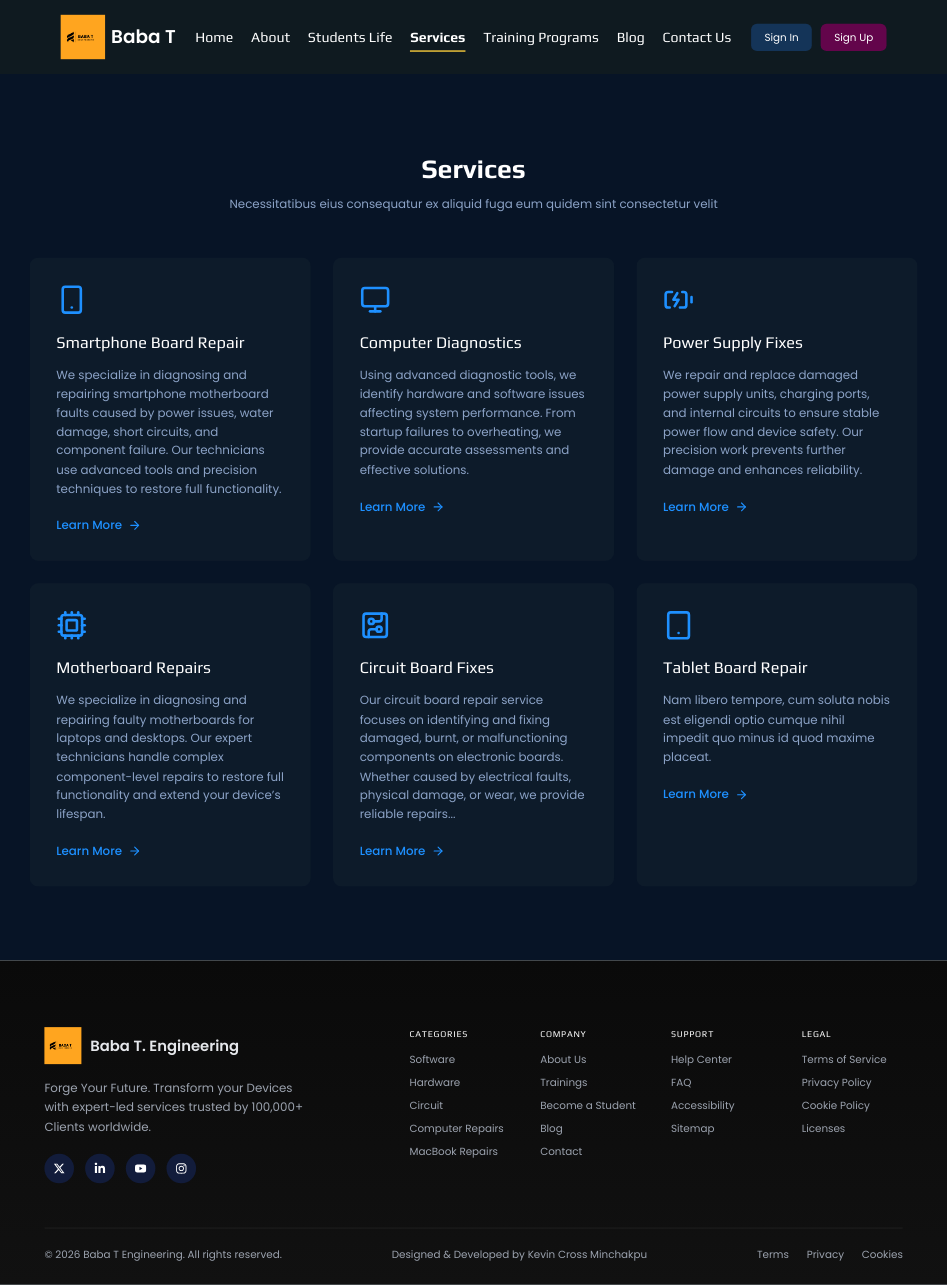
Repository: KC-Minchakpu/babatunde
Page: /services
These files come from the project's save history. The page is drawn as it stood at one moment and after the next save; the edit follows.
The browser window is 1280 px wide. The pictures show the whole page, at 74% of full size.
The project was rebuilt for these pictures with package versions that can differ from the ones it lists, and the page was loaded fresh each time. The framework's server and built-in components were replaced by stand-ins that run in the browser. Also part of the build but not shown: next.config.ts.

Above is the page before, as saved 2026-02-21 13:10:31.

After the next save:
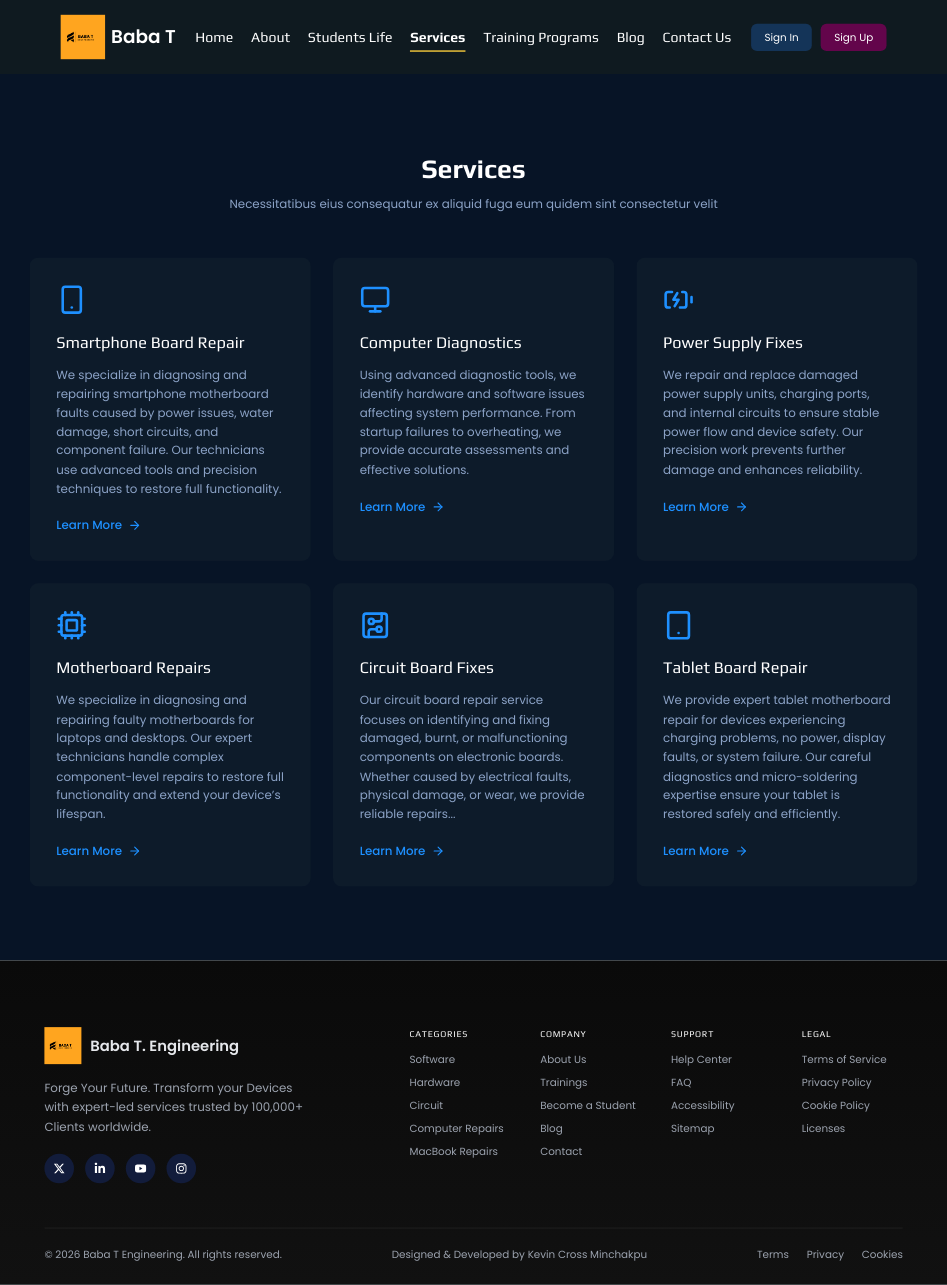
Saved 79 s later.
--- a/src/components/Services/Services.tsx
+++ b/src/components/Services/Services.tsx
@@ -45,7 +45,7 @@ const services = [
   {
     title: "Tablet Board Repair",
     description:
-      "Nam libero tempore, cum soluta nobis est eligendi optio cumque nihil impedit quo minus id quod maxime placeat.",
+      "We provide expert tablet motherboard repair for devices experiencing charging problems, no power, display faults, or system failure. Our careful diagnostics and micro-soldering expertise ensure your tablet is restored safely and efficiently.",
     icon: Tablet,
   },
 ];
